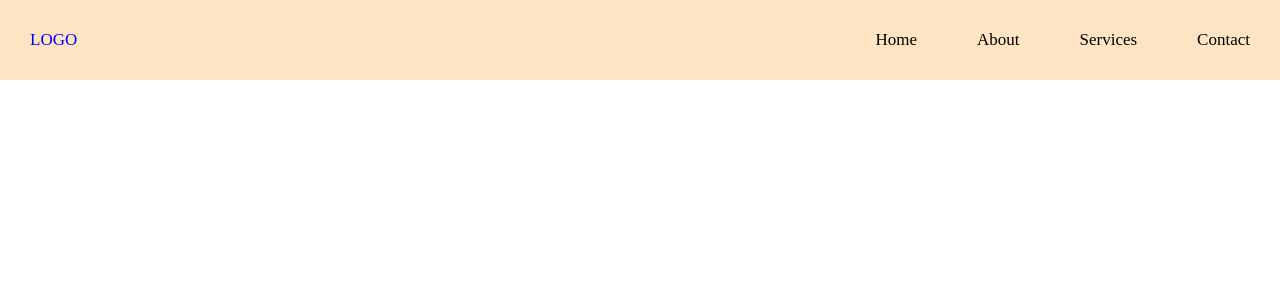
Repository: chanchalsaini/React-WUI
Page: /
These files come from the project's save history. The page is drawn as it stood at one moment and after a run of saves; the edit follows.
The browser window is 1280 px wide. The pictures show the whole page.
The project was rebuilt for these pictures with package versions that can differ from the ones it lists, and the page was loaded fresh each time.

Above is the page before, as saved 2020-09-21 21:57:17.

### src/index.js
import React from "react";
import ReactDOM from "react-dom";

import App from "./App";
import * as serviceWorker from "./serviceWorker";

ReactDOM.render(
  <React.StrictMode>
    <App />
  </React.StrictMode>,
  document.getElementById("root")
);

serviceWorker.unregister();

### src/App.js
import React, { Fragment } from "react";
import Navbar from "./components/Navbar";
import "./App.css";

function App() {
  return (
    <Fragment>
      <Navbar />
    </Fragment>
  );
}

export default App;

### src/components/Navbar.js
import React from "react";

function Navbar() {
  return (
    <header>
      <a href='/' className='logo'>
        LOGO
      </a>
      <ul className='links'>
        <a href='#' className='link'>
          <li>Home</li>
        </a>
        <a href='#' className='link'>
          <li>About</li>
        </a>
        <a href='#' className='link'>
          <li>Services</li>
        </a>
        <a href='#' className='link'>
          <li>Contact</li>
        </a>
      </ul>
    </header>
  );
}

export default Navbar;

### src/App.css
* {
  margin: 0px;
}
header {
  background-color: bisque;
  display: flex;
  justify-content: space-between;
  align-items: center;
  position: fixed;
  width: 100%;
  height: 80px;
}
.logo {
  text-decoration: none;
  margin-left: 30px;
  font-size: 17px;
}
.links {
  list-style: none;
  display: flex;
  align-items: center;
}
.link {
  text-decoration: none;
  color: black;
  margin: 0px 30px;
  font-size: 17px;
}

Loaded but not shown: public/index.html (common file); src/serviceWorker.js (common file)

After the next 2 saves:
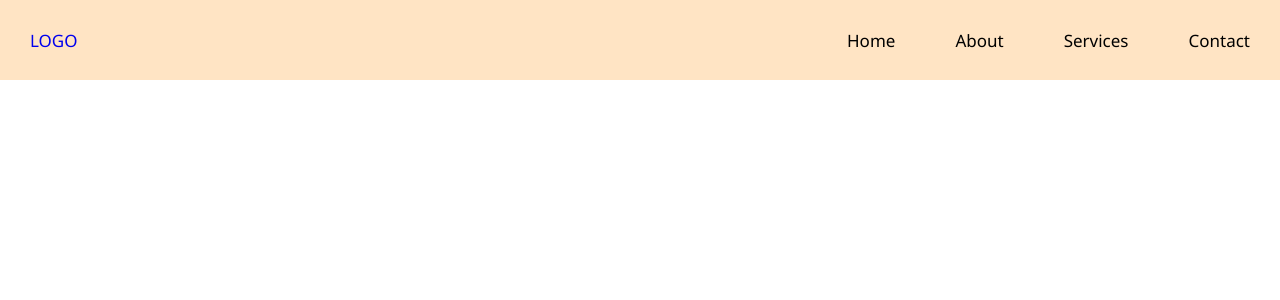
The 2 saves are shown as one change because they came seconds apart.
The last was saved 12 s later.
--- a/src/App.css
+++ b/src/App.css
@@ -1,5 +1,6 @@
 * {
   margin: 0px;
+  font-family: "Segoe UI", Tahoma, Geneva, Verdana, sans-serif;
 }
 header {
   background-color: bisque;
